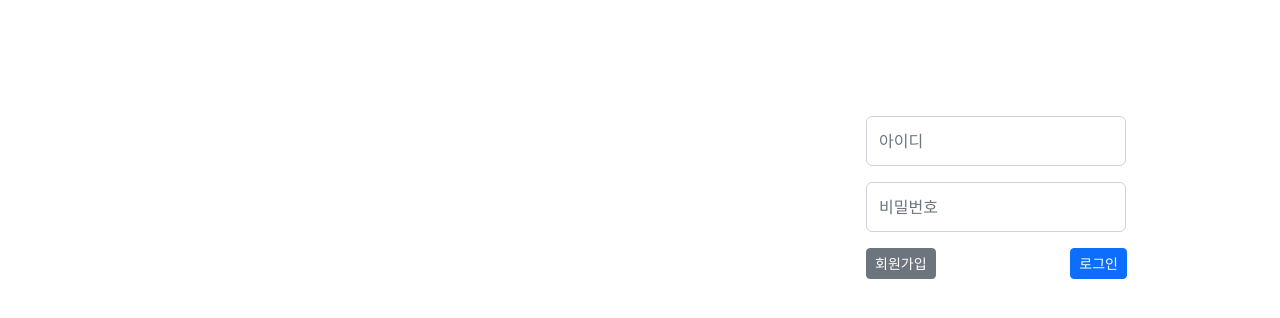
Repository: kokoko12334/myvocab-toy
Page: http://localhost/myVocabularyList/home.jsp
The author's editor kept a copy of each file at every save. The page is drawn from the files as they stood at one save, then again after the next save.
The browser window is 1280 px wide. The pictures show the whole page.
The page is served by Tomcat 9. Other server files are loaded and not shown.

Above is the page before, as saved 2023-04-08 04:35:22.

### myVocabularyList/src/main/webapp/home.jsp
<%@ page language="java" contentType="text/html; charset=UTF-8"
    pageEncoding="UTF-8"%>

<%@ taglib prefix="c" uri = "http://java.sun.com/jsp/jstl/core" %>

<!DOCTYPE html>
<html>
<head>
<meta charset="UTF-8">
<title>영어단어장 홈화면</title>
<link href="https://cdn.jsdelivr.net/npm/bootstrap@5.2.3/dist/css/bootstrap.min.css" rel="stylesheet" integrity="sha384-rbsA2VBKQhggwzxH7pPCaAqO46MgnOM80zW1RWuH61DGLwZJEdK2Kadq2F9CUG65" crossorigin="anonymous">

</head>

<body>

	<div  style="float: right;width: 414px;margin-top: 100px;text-align:right" >

		<form action = "/login" method = "post" style="height: 164px;width: 261px;">
			<input class="form-control my-3" style = "height:50px; width: 260px;" type = "text" name = "id" placeholder = "아이디">
			<input class="form-control my-3" style = "height:50px; width: 260px;" type = "password" name = "pwd" placeholder = "비밀번호">

			<div style="float: left;">
				<button type="button" class="btn btn-secondary btn-sm"  onClick="location.href='joinForm.jsp'">회원가입</button>
			</div>

			<button type = "submit"  class="btn btn-primary btn-sm" >로그인</button>

		</form>

	</div>






</body>

</html>

After the next save:
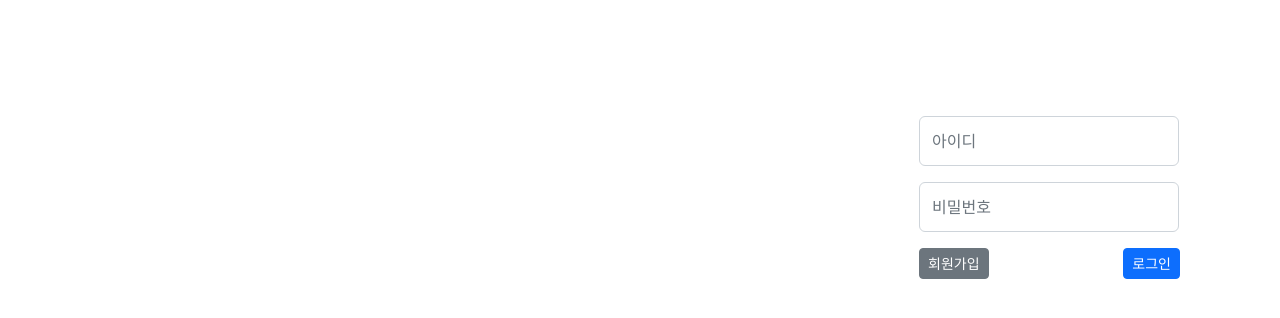
Saved 60 s later.
--- a/myVocabularyList/src/main/webapp/home.jsp
+++ b/myVocabularyList/src/main/webapp/home.jsp
@@ -14,7 +14,7 @@
 
 <body>
 
-	<div  style="float: right;width: 414px;margin-top: 100px;text-align:right" >
+	<div  style="float: right;margin-right:100px;margin-top: 100px;text-align:right" >
 
 		<form action = "/login" method = "post" style="height: 164px;width: 261px;">
 			<input class="form-control my-3" style = "height:50px; width: 260px;" type = "text" name = "id" placeholder = "아이디">
